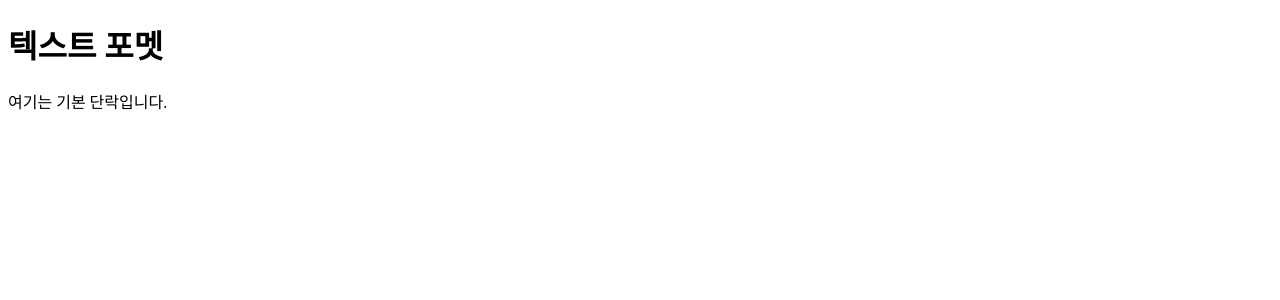
Repository: XenosJM/WEB_CODES
Page: Web01_HTML/src/main/webapp/04_format.html
These files come from the project's save history. The page is drawn as it stood at one moment and after the next save; the edit follows.
The browser window is 1280 px wide. The pictures show the whole page.

Above is the page before, as saved 2024-03-19 03:29:44.

After the next save:
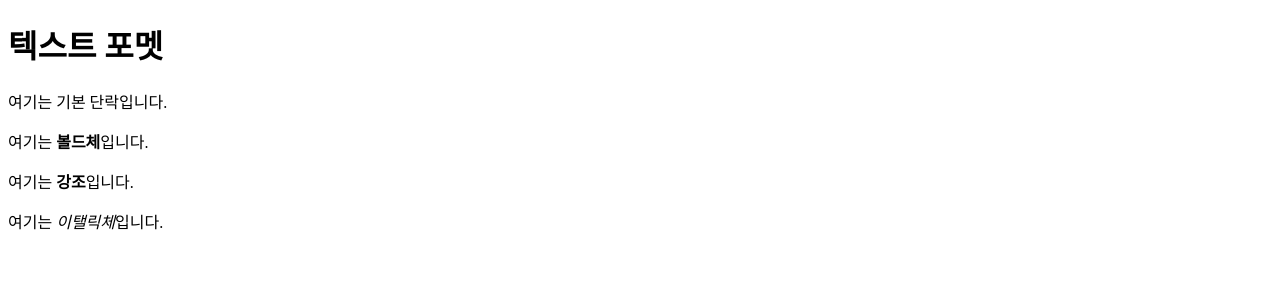
Saved 58 s later.
--- a/Web01_HTML/src/main/webapp/04_format.html
+++ b/Web01_HTML/src/main/webapp/04_format.html
@@ -7,6 +7,9 @@
 <body>
 	<h1>텍스트 포멧</h1>
 	<p>여기는 기본 단락입니다.</p>
+	<p>여기는 <b>볼드체</b>입니다.</p>
+	<p>여기는 <strong>강조</strong>입니다.</p>
+	<p>여기는 <i>이탤릭체</i>입니다.</p>
 
 </body>
 </html>
